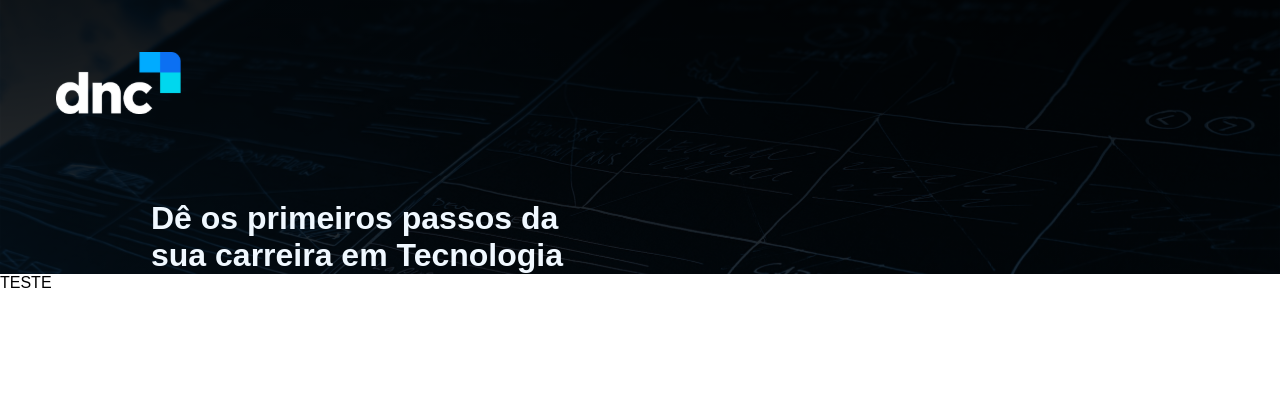
Repository: kleber-goncalves/Landing-Page-dnc
Page: src/index.html
The author's editor kept a copy of each file at every save. The page is drawn from the files as they stood at one save, then again after the next save.
The browser window is 1280 px wide. The pictures show the whole page.

Above is the page before, as saved 2024-12-09 19:43:31.

After the next save:
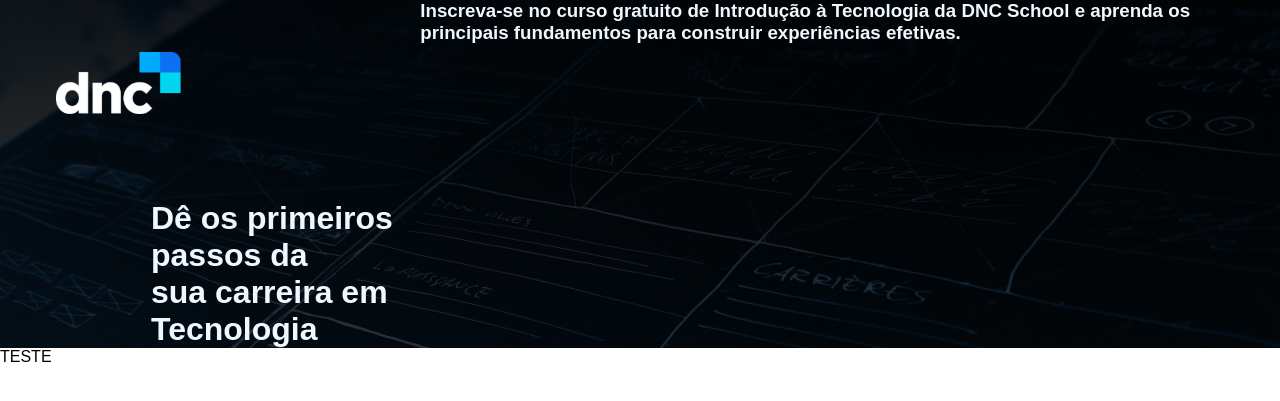
Saved 5 s later.
--- a/src/index.html
+++ b/src/index.html
@@ -11,7 +11,7 @@
         <img id="logo-dnc" src="../img/logo.svg" alt="logo-dnc">
         <h1 id="titulo" >Dê os primeiros passos da <br>
             sua carreira em Tecnologia</h1>
-        <h3></h3>
+        <h3>Inscreva-se no curso gratuito de Introdução à Tecnologia da DNC School e aprenda os principais fundamentos para construir experiências efetivas.</h3>
     </div>
     <div>TESTE</div>
   </body>
